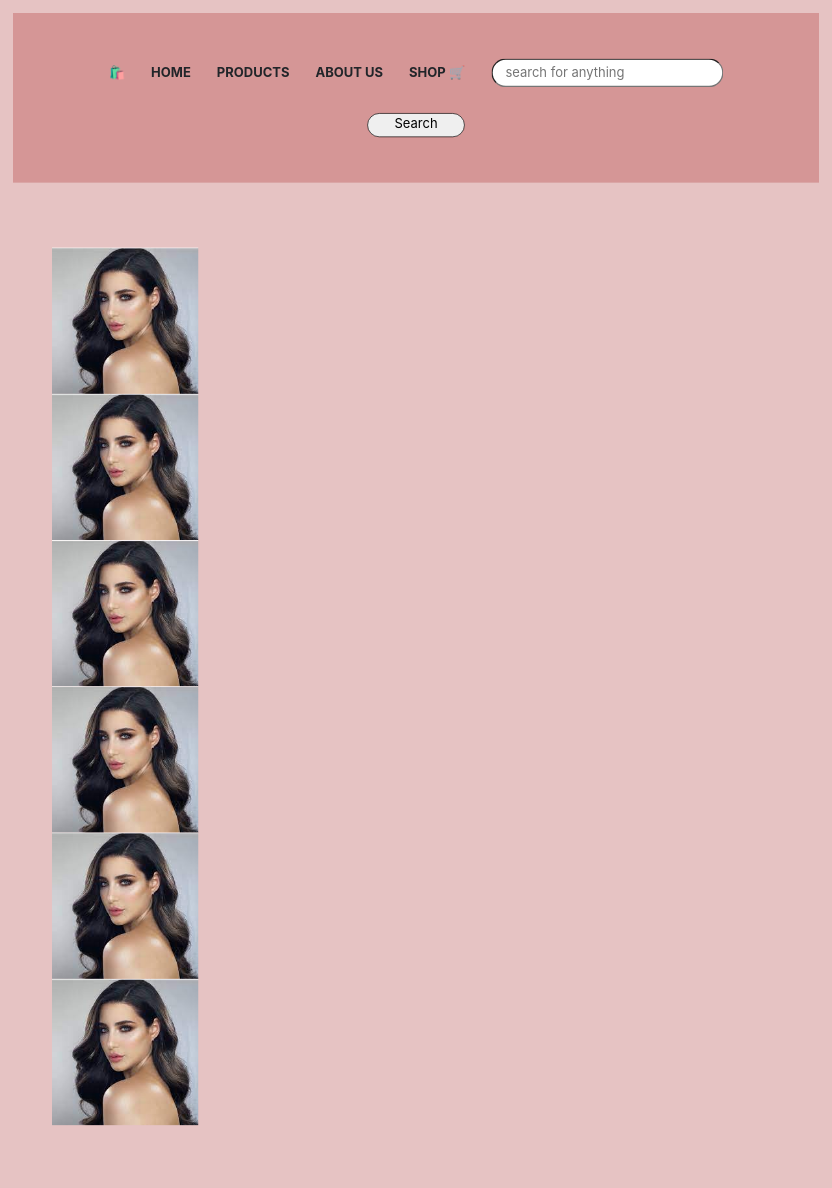
Repository: thf4/Project-Shop
Page: /
An editor plug-in stored every save of this project. The page is shown before and after the next save, followed by the edit.
The browser window is 1280 px wide. The pictures show the whole page, at 65% of full size.
The project was rebuilt for these pictures with package versions that can differ from the ones it lists, and the page was loaded fresh each time.

Above is the page before, as saved 2021-04-22 15:05:29.

### src/index.js
import React from 'react';
import ReactDOM from 'react-dom';
import 'bootstrap/dist/css/bootstrap.min.css';
import App from './App'
import Exemplo from './Exemplo'

ReactDOM.render(
  <React.StrictMode>
   <App />
   <Exemplo />
  </React.StrictMode>,
  document.getElementById('root')
);

### src/App.js
/* eslint-disable jsx-a11y/anchor-is-valid */
import "./App.css";

function App() {
  return (
    <div className="App">
      <header className="App-header">
        <ul id="Lista">
          <li>🛍</li>
          <li> HOME </li>
          <li> PRODUCTS </li>
          <li> ABOUT US</li>
          <li> SHOP 🛒</li>
          <li>
            <input
              type="text"
              id="area-find"
              placeholder="search for anything"
            />
          </li>
          <li>
            <button id="button" for="input">
              Search
            </button>
          </li>
        </ul>

      </header>
    </div>
  );
}

export default App;

### src/Exemplo.js

import "./Exemplo.css";

function Exemplo() {
  return (
    <section className="list">
      <ul>
        <Foto />
        <Foto />
        <Foto />
        <Foto />
        <Foto />
        <Foto />
   </ul>
    </section>
  );
}


 const Foto = () =>{
  return(
    <article>
     <img src="data:[embedded picture, 8015 characters]"
  alt=""/>
    </article>
  )
};
const mage = () =>{



}

export default Exemplo;

### src/App.css
*{
  margin:0;
  padding:0;
  box-sizing: border-box;
}



.App{
  width: 100%;
  height: auto;
  padding: 20px;
}
body{
  background:#a0171741;
}


#Lista{
  list-style-type: none;
  margin: 0;

  font-weight: bold;
  text-align: center;
  padding: 50px 50px;
}
li{
 display: inline-block;
 font-size: 20px;
 padding: 20px;

}
li:hover{
  color: rgb(209, 9, 59);
}
#button{
  border-radius: 30px;
  border-style: groove;
  border-width: 1px;
  height: 35px;
  width: 150px;
  padding-bottom:35px;
}

#area-find{
  padding:20px;
  border-radius: 50px;
  height: 40px;
  width: 100%;
}
#button:hover{
  border-style: hidden;
}
.App-header{

  background-color: #a0171741;
}

### src/Exemplo.css
.foto-banner{
width:180px;
padding: 10px;
border-radius: 20px;
margin: 20px;
text-align: center;


}
.foto{
  width: 150px;
  border-radius: 120px;
  border-style: hidden  ;

}
.link{
  font-weight: bold;
  color: black;
}
.foto-banner:hover{

border: solid 1px black;


}
.list{
  width: 90vw;
  max-width: 940px;
  margin: 5rem;
  display: grid;
  gap: 2rem;
  list-style-image: none;
}
@media screen and (max-width: 768px) {
.list {
  grid-template-columns: repeat(3,1fr);
}


}

Loaded but not shown: public/index.html (common file)

After the next save:
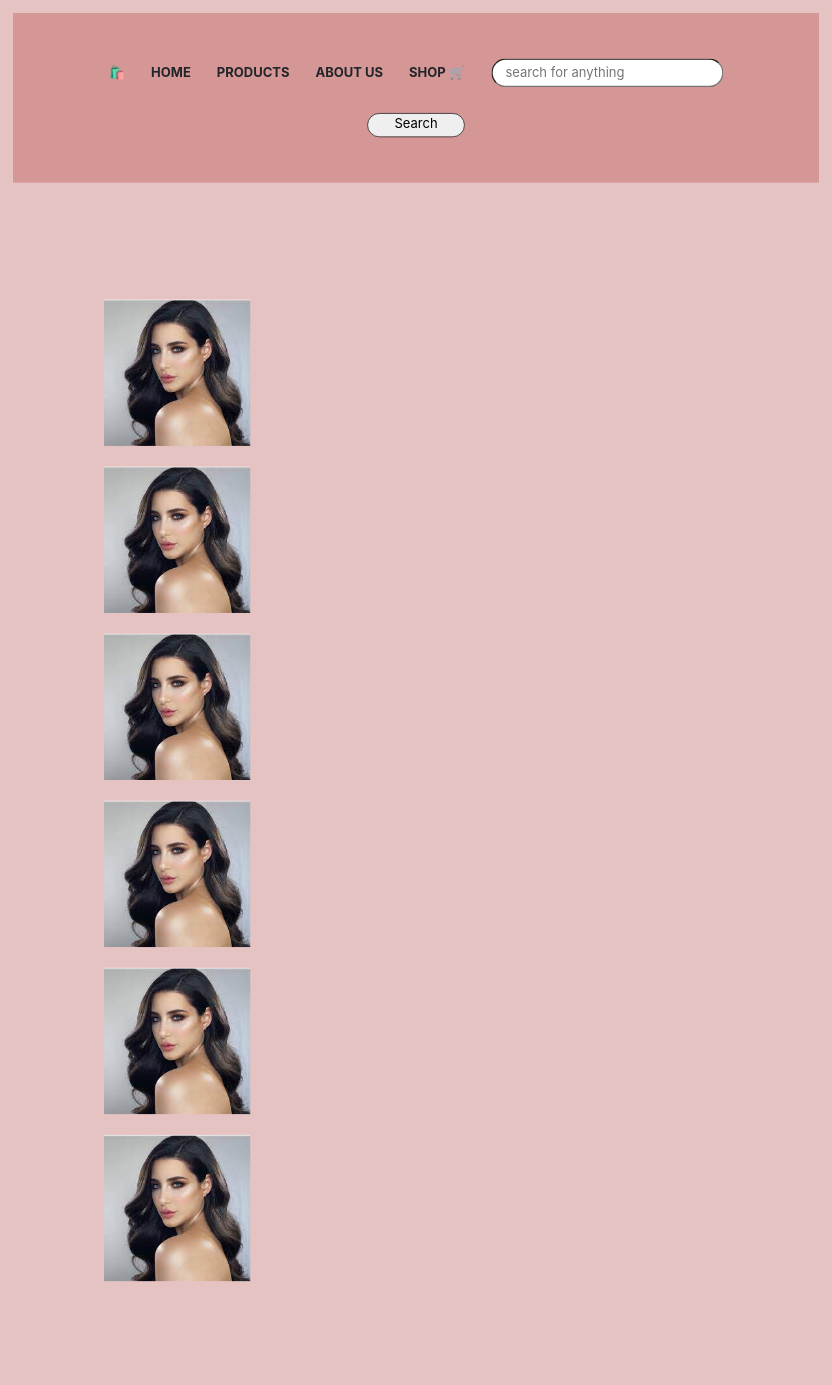
Saved 7 s later.
--- a/src/Exemplo.js
+++ b/src/Exemplo.js
@@ -4,7 +4,7 @@ import "./Exemplo.css";
 function Exemplo() {
   return (
     <section className="list">
-      <ul>
+      <ul className="list">
         <Foto />
         <Foto />
         <Foto />
